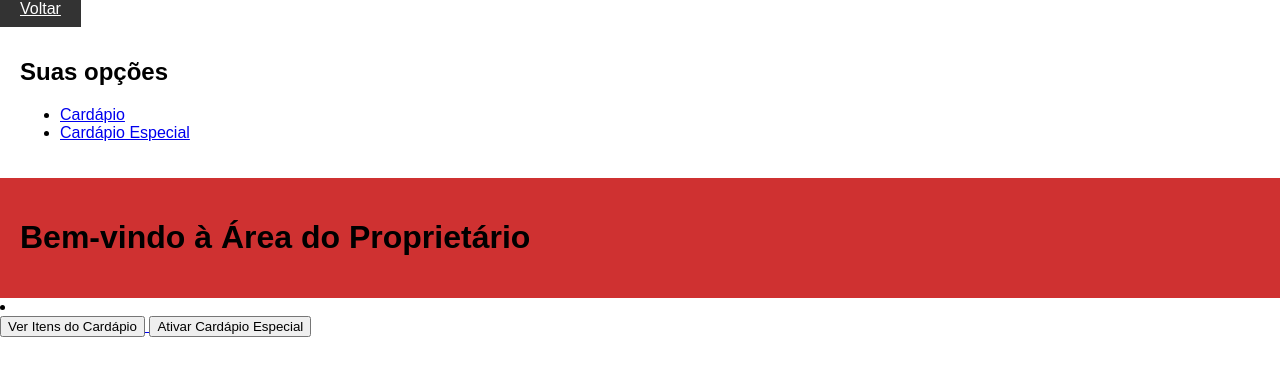
Repository: eupordias/frontarnia
Page: AULA 06/RESTAURANTE/proprietario.html
These files come from the project's save history. The page is drawn as it stood at one moment and after the next save; the edit follows.
The browser window is 1280 px wide. The pictures show the whole page.

Above is the page before, as saved 2023-08-09 22:10:24.

### AULA 06/RESTAURANTE/proprietario.html
<!DOCTYPE html>
<html>
  <head>
    <title>Restaurante - Área do Proprietário</title>
    <link rel="stylesheet" href="styles.css" />
  </head>
  <body>
    <a href="index.html" class="button">Voltar</a>
    <main>
      <h2>Suas opções</h2>
      <ul>
        <li><a href="cliente.html">Cardápio</a></li>
        <li><a href="cardapio-especial.html">Cardápio Especial</a></li>
      </ul>
    </main>

    <!-- Conteúdo da área do proprietário -->
    <header>
      <h1>Bem-vindo à Área do Proprietário</h1>
    </header>

    <li><a href="itens.html"</a></li>
      <button id="visualizarCardapio">Ver Itens do Cardápio</button>

    <button id="ativarCardapioEspecial">Ativar Cardápio Especial</button>

    <script>
      // Função a ser executada quando o botão "Ver Itens do Cardápio" for clicado
      document.getElementById("visualizarCardapio").addEventListener("click", function() {
        // Redirecionar para a página do cardápio
        window.location.href = "cliente.html";
      });

      // Função a ser executada quando o botão "Ativar Cardápio Especial" for clicado
      document.getElementById("ativarCardapioEspecial").addEventListener("click", function() {
        // Verificar se o cardápio especial já está ativado
        var cardapioEspecialAtivado = false; // Defina como true se o cardápio especial já estiver ativado

        if (!cardapioEspecialAtivado) {
          // Cardápio especial NÃO ativado

          // Alterar o estilo do botão para indicar que o cardápio especial está ativado
          document.getElementById("ativarCardapioEspecial").classList.add("cardapio-especial-ativado");

          // Ativar o cardápio especial
          // ... aqui você pode adicionar a lógica para ativar o cardápio especial, como exibir itens exclusivos, alterar a exibição no menu, etc.

          // Exibir uma mensagem para o usuário
          alert("Cardápio especial ativado!");
        } else {
          // Cardápio especial JÁ ativado

          // Alterar o estilo do botão para indicar que o cardápio especial está desativado
          document.getElementById("ativarCardapioEspecial").classList.remove("cardapio-especial-ativado");

          // Desativar o cardápio especial
          // ... aqui você pode adicionar a lógica para desativar o cardápio especial, como remover itens exclusivos, voltar à exibição normal no menu, etc.

          // Exibir uma mensagem para o usuário
          alert("Cardápio especial desativado!");
        }
      });
    </script>
  </body>
</html>

### AULA 06/RESTAURANTE/styles.css
/* Estilos gerais */

body {
  font-family: Arial, sans-serif;
  margin: 0;
  padding: 0;
}

header {
  background-color: #cf3131;
  padding: 20px;
}

nav {
  background-color: #333;
  color: #fff;
  padding: 10px;
}

nav a {
  color: #fff;
  text-decoration: none;
  margin-right: 10px;
}

nav a:hover {
  color: #cf3131;
  transition: color 0.3s ease;
}

main {
  padding: 20px;
}

footer {
  background-color: #f2f2f2;
  padding: 10px;
  text-align: center;
}

/* Ícones */
.icon {
  font-size: 20px;
  margin-right: 5px;
}

/* Exemplo de estilização de um botão com transição */
.button {
  background-color: #767373;
  padding: 10px 20px;
  border: none;
  transition: background-color 0.3s ease;
}

.button:hover {
  background-color: #333;
  color: #fff;
}

/* Estilos específicos para o cardápio */

.cardapio-item {
  display: flex;
  flex-direction: column;
  align-items: center;
  margin-bottom: 20px;
  cursor: pointer;
}

.cardapio-item img {
  width: 200px;
  height: 200px;
  object-fit: cover;
  border-radius: 10px;
}

.cardapio-item h3 {
  margin-top: 10px;
}

.cardapio-item p {
  margin-top: 5px;
}

.cardapio-item .ingredientes {
  margin-top: 10px;
}

.cardapio-item .ingredientes.hidden {
  display: none;
}

/* Estilos padrão para a página */
/* ... */

/* Media query para dispositivos móveis */
@media only screen and (max-width: 600px) {
  /* Estilos específicos para dispositivos móveis */
  /* ... */
}

/* Estilo para o botão "Ativar Cardápio Especial" quando ativado */
.cardapio-especial-ativado {
  background-color: #cf3131;
  color: #fff;
}

/* Estilo para o botão "Ativar Cardápio Especial" quando desativado */
.cardapio-especial-desativado {
  background-color: #767373;
  color: #fff;
}

After the next save:
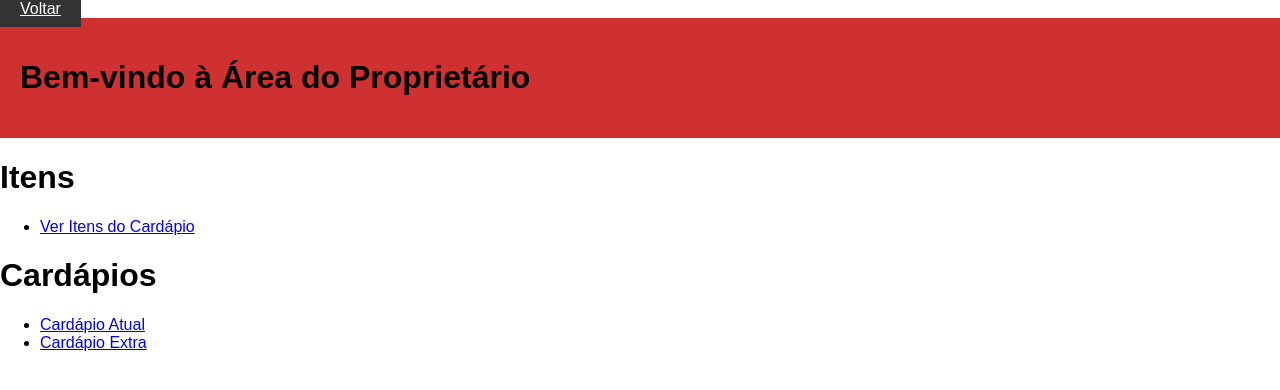
Saved 5 s later.
--- a/AULA 06/RESTAURANTE/proprietario.html
+++ b/AULA 06/RESTAURANTE/proprietario.html
@@ -6,60 +6,22 @@
   </head>
   <body>
     <a href="index.html" class="button">Voltar</a>
-    <main>
-      <h2>Suas opções</h2>
-      <ul>
-        <li><a href="cliente.html">Cardápio</a></li>
-        <li><a href="cardapio-especial.html">Cardápio Especial</a></li>
-      </ul>
-    </main>
 
     <!-- Conteúdo da área do proprietário -->
     <header>
       <h1>Bem-vindo à Área do Proprietário</h1>
     </header>
 
-    <li><a href="itens.html"</a></li>
-      <button id="visualizarCardapio">Ver Itens do Cardápio</button>
+    <h1>Itens</h1>
+    <ul>
+      <li><a href="itens.html">Ver Itens do Cardápio</a></li>
+    </ul>
 
-    <button id="ativarCardapioEspecial">Ativar Cardápio Especial</button>
+    <h1>Cardápios</h1>
+    <ul>
+      <li><a href="cardapio-atual.html">Cardápio Atual</a></li>
+      <li><a href="cardapio-extra.html">Cardápio Extra</a></li>
+    </ul>
 
-    <script>
-      // Função a ser executada quando o botão "Ver Itens do Cardápio" for clicado
-      document.getElementById("visualizarCardapio").addEventListener("click", function() {
-        // Redirecionar para a página do cardápio
-        window.location.href = "cliente.html";
-      });
-
-      // Função a ser executada quando o botão "Ativar Cardápio Especial" for clicado
-      document.getElementById("ativarCardapioEspecial").addEventListener("click", function() {
-        // Verificar se o cardápio especial já está ativado
-        var cardapioEspecialAtivado = false; // Defina como true se o cardápio especial já estiver ativado
-
-        if (!cardapioEspecialAtivado) {
-          // Cardápio especial NÃO ativado
-
-          // Alterar o estilo do botão para indicar que o cardápio especial está ativado
-          document.getElementById("ativarCardapioEspecial").classList.add("cardapio-especial-ativado");
-
-          // Ativar o cardápio especial
-          // ... aqui você pode adicionar a lógica para ativar o cardápio especial, como exibir itens exclusivos, alterar a exibição no menu, etc.
-
-          // Exibir uma mensagem para o usuário
-          alert("Cardápio especial ativado!");
-        } else {
-          // Cardápio especial JÁ ativado
-
-          // Alterar o estilo do botão para indicar que o cardápio especial está desativado
-          document.getElementById("ativarCardapioEspecial").classList.remove("cardapio-especial-ativado");
-
-          // Desativar o cardápio especial
-          // ... aqui você pode adicionar a lógica para desativar o cardápio especial, como remover itens exclusivos, voltar à exibição normal no menu, etc.
-
-          // Exibir uma mensagem para o usuário
-          alert("Cardápio especial desativado!");
-        }
-      });
-    </script>
   </body>
 </html>
